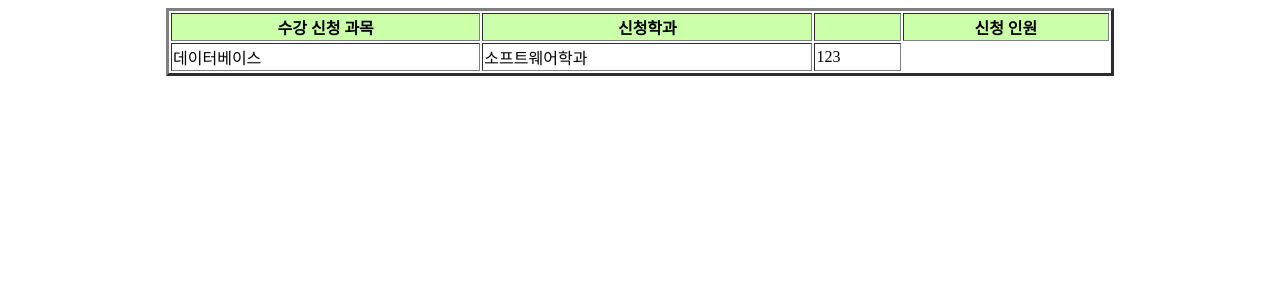
Repository: parkgyutaee/My_JAVA_Project
Page: http://localhost/JSPStudy/test3.jsp
The author's editor kept a copy of each file at every save. The page is drawn from the files as they stood at one save, then again after the next save.
The browser window is 1280 px wide. The pictures show the whole page.
The page is served by Tomcat 9.

Above is the page before, as saved 2025-07-09 07:26:49.

After the next save:
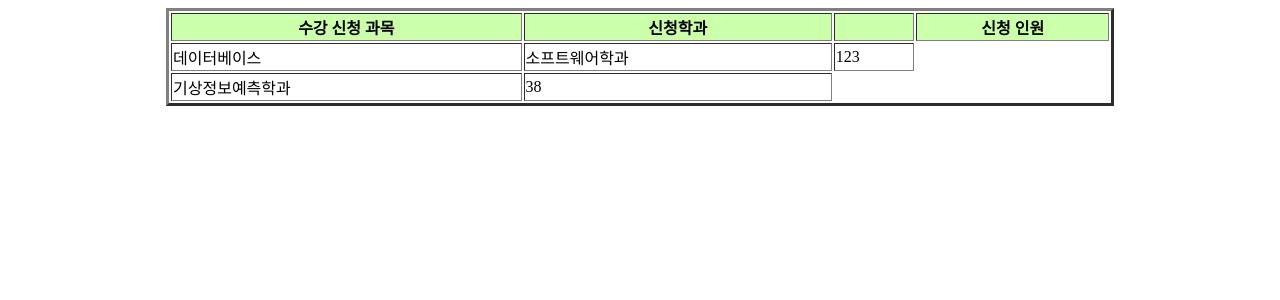
Saved 52 s later.
--- a/Workspace/JSPStudy/src/main/webapp/test3.jsp
+++ b/Workspace/JSPStudy/src/main/webapp/test3.jsp
@@ -14,6 +14,9 @@
  <tr>
 	<td>데이터베이스</td><td>소프트웨어학과</td><td>123</td>
   </tr>
+ <tr>
+	<td>기상정보예측학과</td><td>38</td>
+  </tr>
 </table>
 
 
